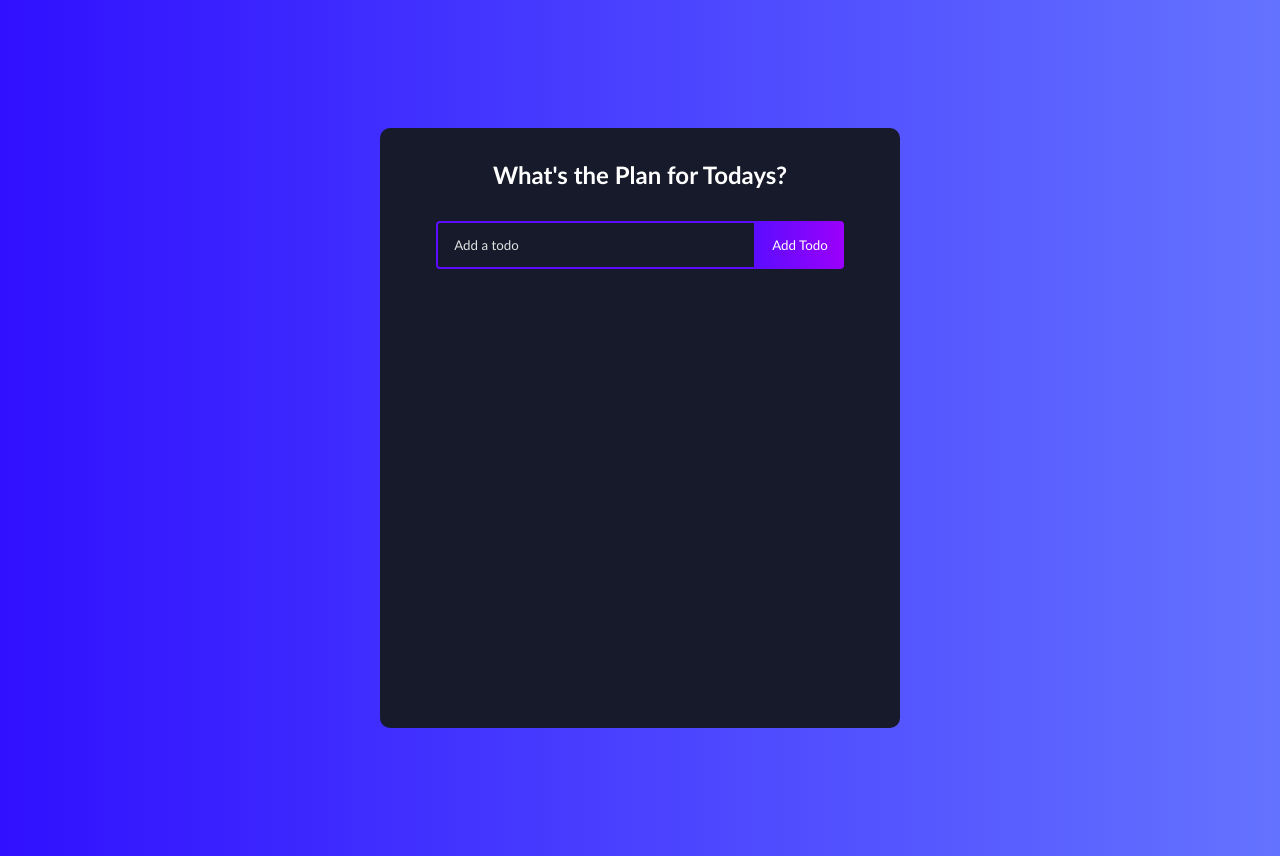
Repository: minhtien9/Todo-list
Page: /
An editor plug-in stored every save of this project. The page is shown before and after a run of saves, followed by the edit.
The browser window is 1280 px wide. The pictures show the whole page.
The project was rebuilt for these pictures with package versions that can differ from the ones it lists, and the page was loaded fresh each time. Also part of the build but not shown: src/components/Todo.js.

Above is the page before, as saved 2021-12-31 16:49:08.

### src/App.js
import React from 'react'
import './App.css'
import TodoList from './components/TodoList'

function App() {
    return (
        <div className='todo-app'>
            <TodoList />
        </div>
    )
}

export default App

### src/App.css
* {
    box-sizing: border-box;
    margin: 0;
    padding: 0;
    font-family: 'Trebuchet MS', 'Lucida Sans Unicode', 'Lucida Grande',
        'Lucida Sans', Arial, sans-serif;
}

body {
    background: linear-gradient(
        90deg,
        rgba(48, 16, 255, 1) 0%,
        rgba(100, 115, 255, 1) 100%
    );
}
.todo-app {
    display: flex;
    flex-direction: column;
    justify-content: start;
    width: 520px;
    min-height: 600px;
    background: #161a2b;
    text-align: center;
    margin: 128px auto;
    border-radius: 10px;
    padding-bottom: 32px;
}

h1 {
    margin: 32px 0;
    color: #fff;
    font-size: 24px;
}

.complete {
    text-decoration: line-through;
    opacity: 0.4;
}

.todo-form {
    margin-bottom: 32px;
}

.todo-input {
    padding: 14px 32px 14px 16px;
    border-radius: 4px 0 0 4px;
    border: 2px solid #5d0cff;
    outline: none;
    width: 320px;
    background: transparent;
    color: #fff;
}

.todo-input::placeholder {
    color: #e2e2e2;
}

.todo-button {
    padding: 16px;
    border: none;
    border-radius: 0 4px 4px 0;
    cursor: pointer;
    outline: none;
    background: linear-gradient(
        90deg,
        rgba(93, 12, 255, 1) 0%,
        rgba(155, 0, 250, 1) 100%
    );
    color: #fff;
    text-transform: capitalize;
}

.todo-input.edit {
    border: 2px solid #149fff;
}

.todo-button.edit {
    background: linear-gradient(
        90deg,
        rgba(20, 159, 255, 1) 0%,
        rgba(17, 122, 255, 1) 100%
    );
    padding: 16px 22px;
}

.todo-container {
    display: flex;
    flex-direction: row;
    position: relative;
}

.todo-row {
    display: flex;
    justify-content: space-between;
    align-items: center;
    margin: 4px auto;
    color: #fff;
    background: linear-gradient(
        90deg,
        rgba(255, 118, 20, 1) 0%,
        rgba(255, 84, 17, 1) 100%
    );

    padding: 16px;
    border-radius: 5px;
    width: 90%;
}

.todo-row:nth-child(4n + 1) {
    background: linear-gradient(
        90deg,
        rgba(93, 12, 255, 1) 0%,
        rgba(155, 0, 250, 1) 100%
    );
}

.todo-row:nth-child(4n + 2) {
    background: linear-gradient(
        90deg,
        rgba(255, 12, 241, 1) 0%,
        rgba(250, 0, 135, 1) 100%
    );
}

.todo-row:nth-child(4n + 3) {
    background: linear-gradient(
        90deg,
        rgba(20, 159, 255, 1) 0%,
        rgba(17, 122, 255, 1) 100%
    );
}

.icons {
    display: flex;
    align-items: center;
    font-size: 24px;
    cursor: pointer;
}

.delete-icon {
    margin-right: 5px;
    color: #fff;
}

.edit-icon {
    color: #fff;
}

### src/components/TodoList.js
import React, { useState } from 'react'

import TodoForm from './TodoForm'
import Todo from './Todo'

const TodoList = () => {
    const [todos, setTodos] = useState([])

    const addTodo = (todo) => {
        if (!todo.text || /^\s*$/.test(todo.text)) {
            return
        }
        const newTodos = [todo, ...todos]
        setTodos(newTodos)
    }

    const updateTodo = (todoId, newValue) => {
        if (!newValue.text || /^\s*$/.test(newValue.text)) {
            return
        }

        setTodos((prev) =>
            prev.map((item) => (item.id === todoId ? newValue : item))
        )
    }

    const removeTodo = (id) => {
        const removeArr = [...todos].filter((todo) => todo.id !== id)

        setTodos(removeArr)
    }

    const completeTodo = (id) => {
        let updatedTodos = todos.map((todo) => {
            if (todo.id === id) {
                todo.isComplete = !todo.isComplete
            }
            return todo
        })
        setTodos(updatedTodos)
    }

    return (
        <div>
            <h1>What's the Plan for Todays?</h1>
            <TodoForm onSubmit={addTodo} />
            <Todo
                todos={todos}
                complete={completeTodo}
                removeTodo={removeTodo}
                updateTodo={updateTodo}
            />
        </div>
    )
}

export default TodoList

### src/components/TodoForm.js
import React, { useState, useRef, useEffect } from 'react'

function TodoForm(props) {
    const [input, setInput] = useState('')
    const inputRef = useRef(null)
    useEffect(() => {
        inputRef.current.focus()
    })

    const handlerChange = (event) => {
        setInput(event.target.value)
    }

    const handlerSubmit = (event) => {
        event.preventDefault()

        props.onSubmit({
            id: Math.floor(Math.random() * 10000),
            text: input,
        })

        setInput('')
    }
    return (
        <form className='todo-form' onSubmit={handlerSubmit}>
            <input
                type='text'
                placeholder='Add a todo'
                value={input}
                name='text'
                className='todo-input'
                onChange={handlerChange}
                ref={inputRef}
            />
            <button className='todo-button'>Add todo</button>
        </form>
    )
}

export default TodoForm

Loaded but not shown: public/index.html (common file); src/index.js (common file)

After the next 4 saves:
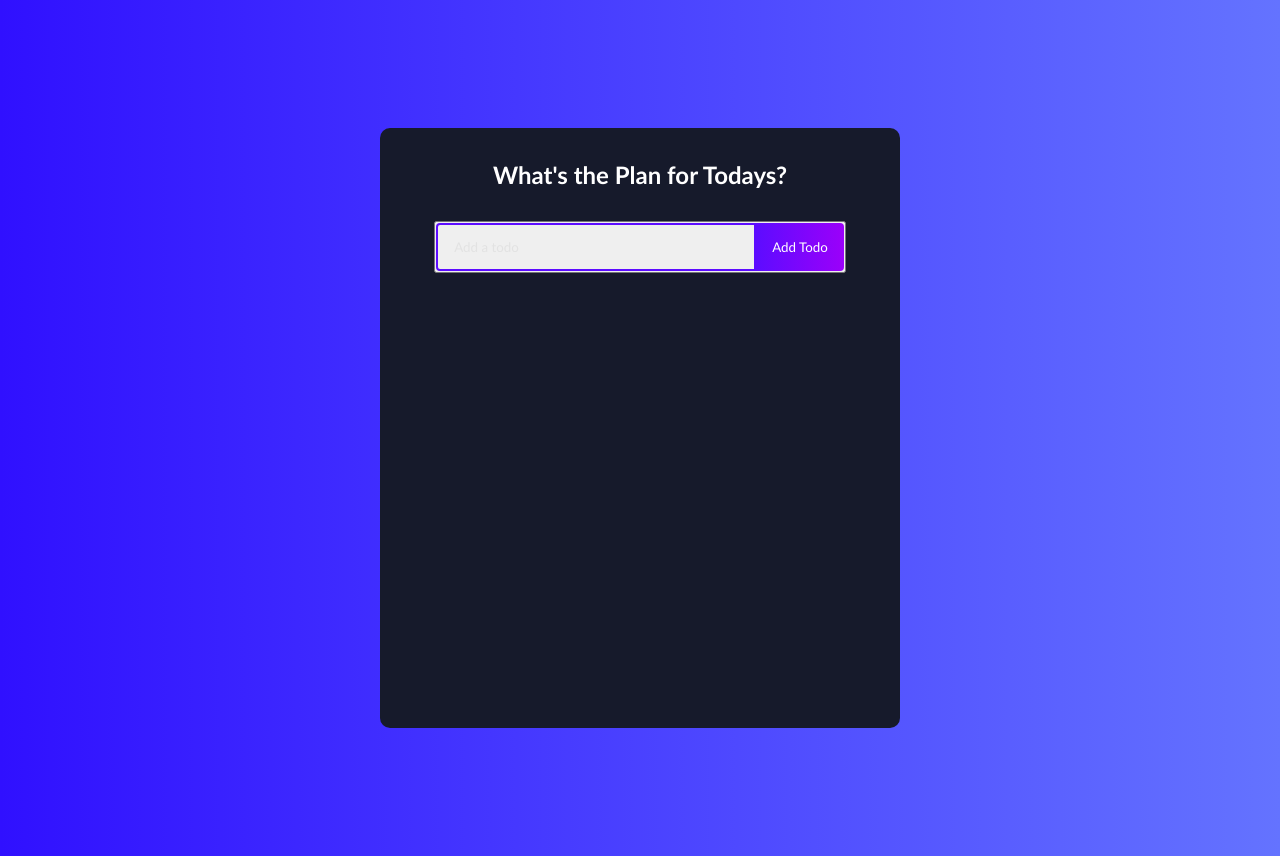
The 4 saves are shown as one change because 3 did not build or start.
The last was saved 6 min 58 s later.
--- a/src/components/TodoForm.js
+++ b/src/components/TodoForm.js
@@ -23,16 +23,34 @@
     }
     return (
         <form className='todo-form' onSubmit={handlerSubmit}>
-            <input
-                type='text'
-                placeholder='Add a todo'
-                value={input}
-                name='text'
-                className='todo-input'
-                onChange={handlerChange}
-                ref={inputRef}
-            />
-            <button className='todo-button'>Add todo</button>
+            {' '}
+            {props.edit ? (
+                <div>
+                    <input
+                        type='text'
+                        placeholder='Add a todo'
+                        value={input}
+                        name='text'
+                        className='todo-input'
+                        onChange={handlerChange}
+                        ref={inputRef}
+                    />
+                    <button className='todo-button'>Add todo</button>
+                </div>
+            ) : (
+                <button>
+                    <input
+                        type='text'
+                        placeholder='Add a todo'
+                        value={input}
+                        name='text'
+                        className='todo-input'
+                        onChange={handlerChange}
+                        ref={inputRef}
+                    />
+                    <button className='todo-button'>Add todo</button>
+                </button>
+            )}
         </form>
     )
 }

After the 4 saves that followed:
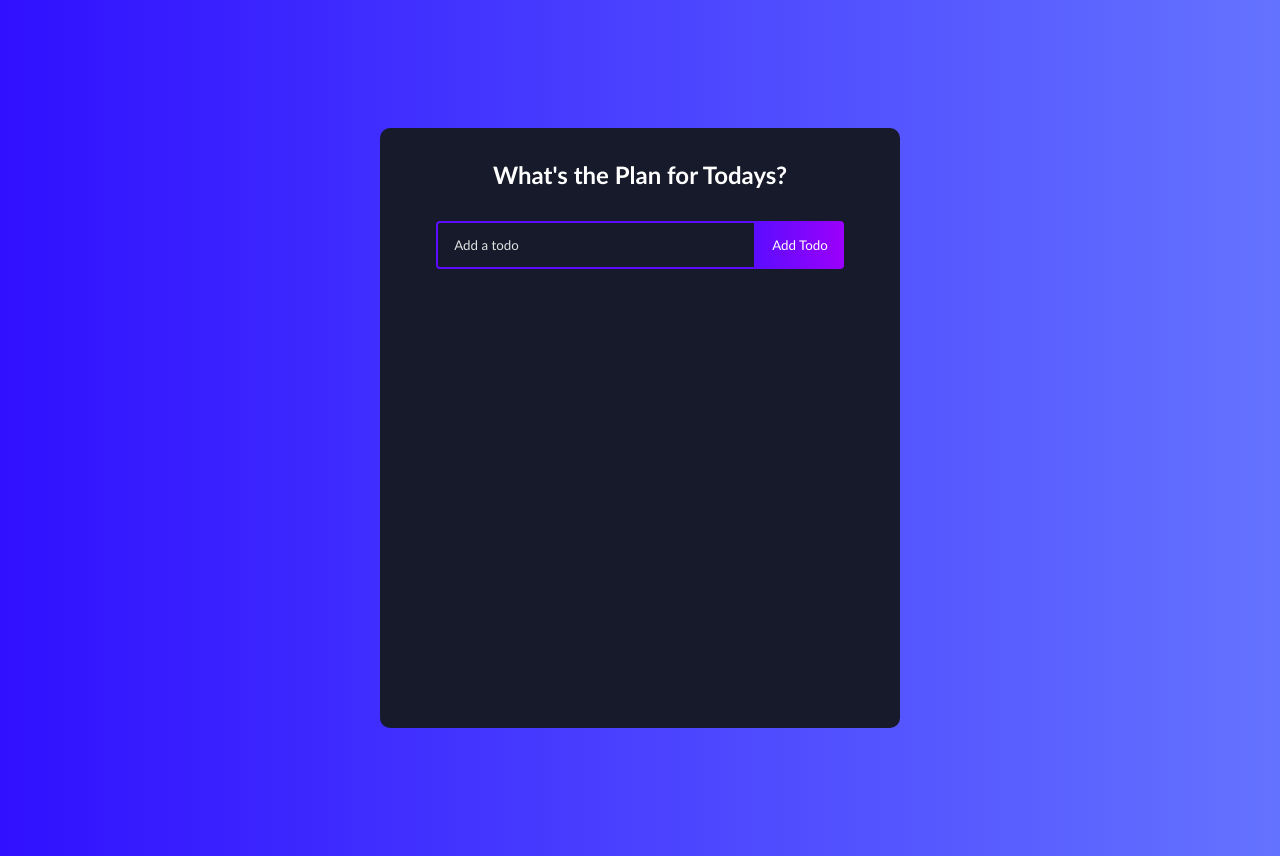
The 4 saves are shown as one change because 3 left the picture as it was.
The last was saved 2 min 6 s later.
--- a/src/components/TodoForm.js
+++ b/src/components/TodoForm.js
@@ -31,14 +31,14 @@
                         placeholder='Add a todo'
                         value={input}
                         name='text'
-                        className='todo-input'
+                        className='todo-input edit'
                         onChange={handlerChange}
                         ref={inputRef}
                     />
-                    <button className='todo-button'>Add todo</button>
+                    <button className='todo-button edit'>Update</button>
                 </div>
             ) : (
-                <button>
+                <div>
                     <input
                         type='text'
                         placeholder='Add a todo'
@@ -49,7 +49,7 @@
                         ref={inputRef}
                     />
                     <button className='todo-button'>Add todo</button>
-                </button>
+                </div>
             )}
         </form>
     )
